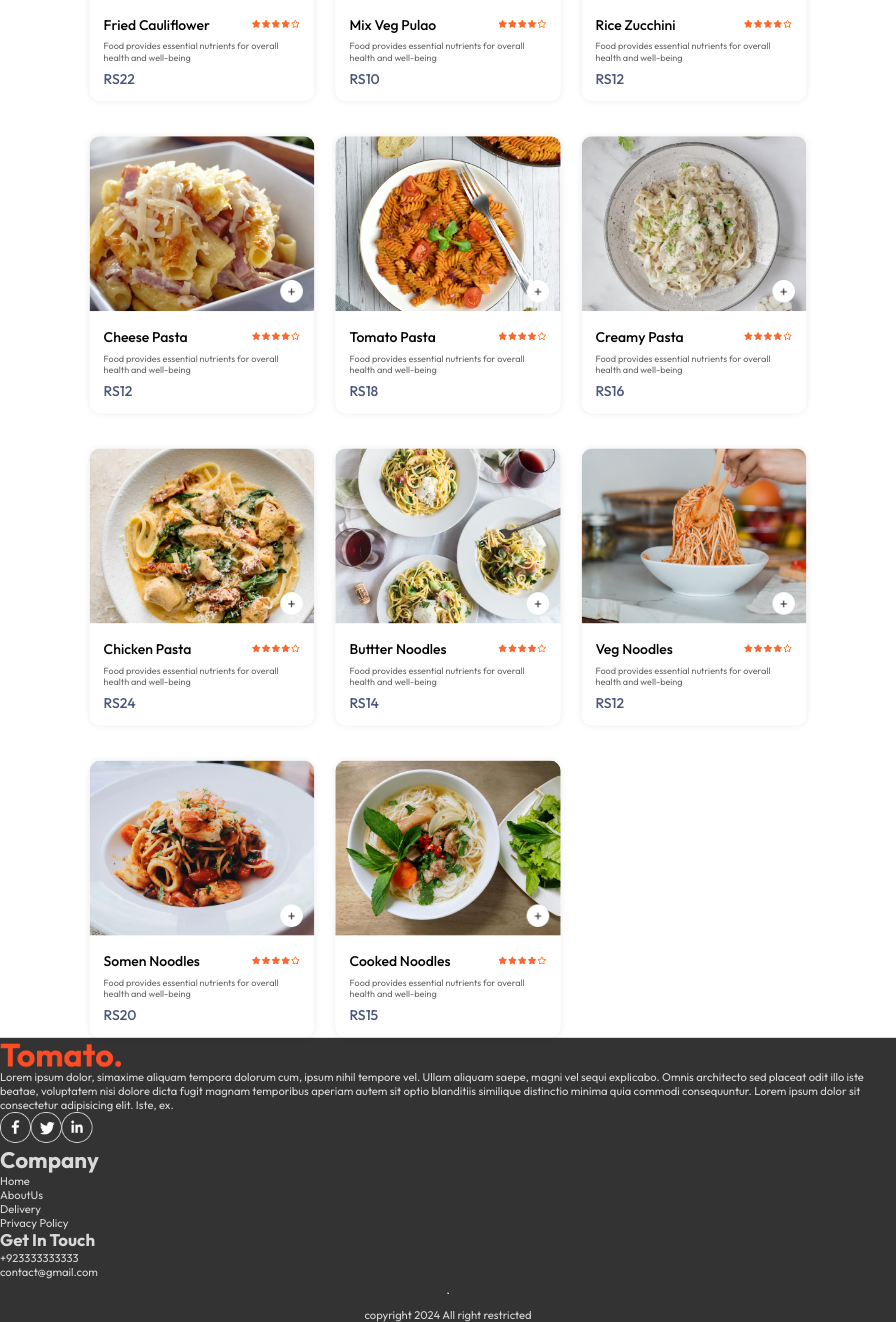
Repository: Attar786/Food-ordering-app
Page: / (app in frontend/), after clicking the first element matching `img.add`
An editor plug-in stored every save of this project. The page is shown before and after the next save, followed by the edit.
The browser window is 1280 px wide. The pictures show the part of the page from y = 4362 to 6282 px (the page is 6250 px tall before and 6282 px after), at 70% of full size.
The project was rebuilt for these pictures with package versions that can differ from the ones it lists, and the page was loaded fresh each time. Also part of the build but not shown: frontend/vite.config.js, frontend/src/pages/Cart/Cart.css, frontend/src/pages/Cart/Cart.jsx, frontend/src/pages/PlaceOrder/PlaceOrder.css, frontend/src/pages/PlaceOrder/PlaceOrder.jsx.

Above is the page before, as saved 2024-07-26 20:01:24.

After the next save:
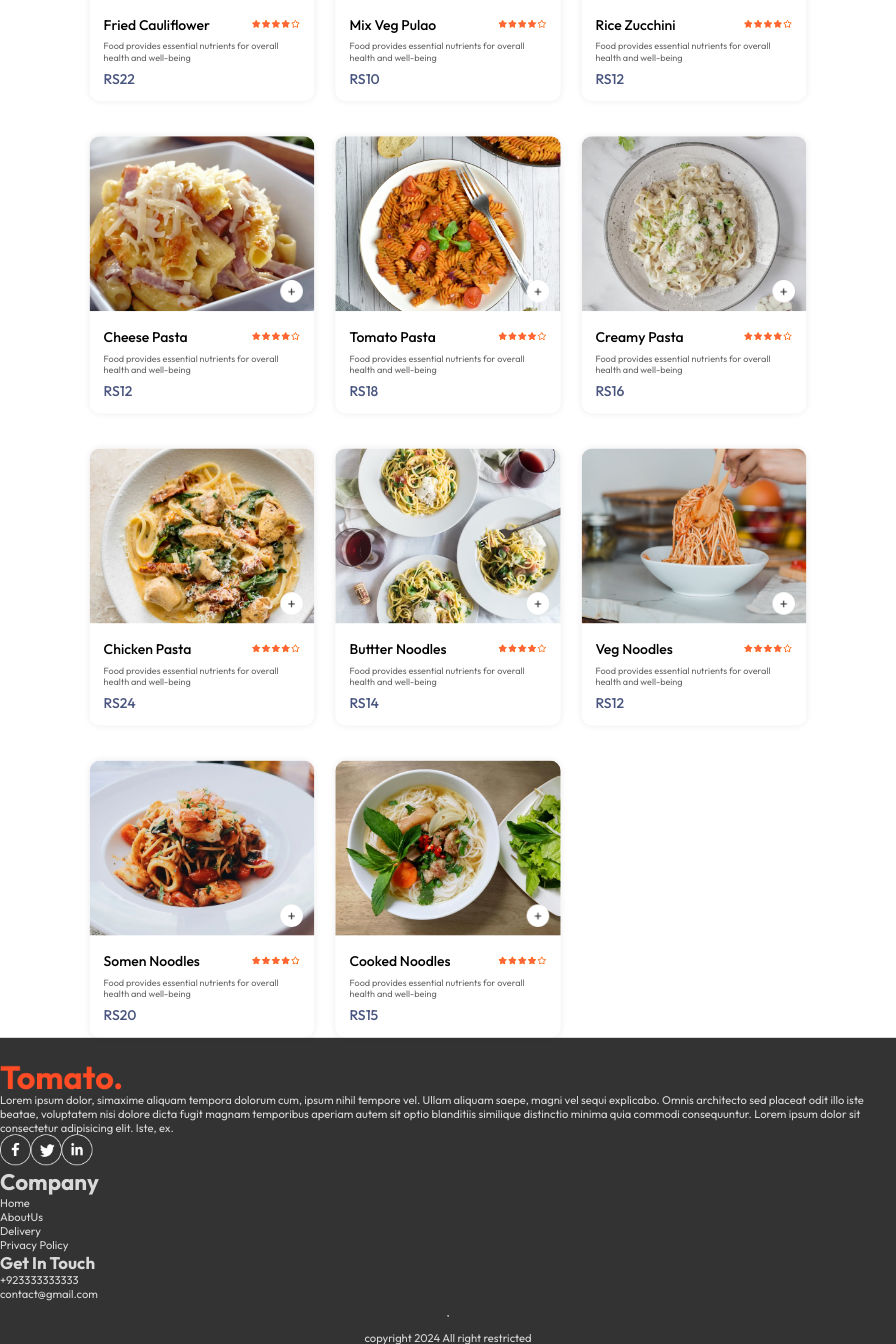
Saved 6 s later.
--- a/frontend/src/components/Footer/Footer.css
+++ b/frontend/src/components/Footer/Footer.css
@@ -6,5 +6,5 @@
     align-items: center;
     gap: 20px;
     padding: 20px, 8vw;
-    padding-top: 8px;
+    padding-top: 40px;
 }
